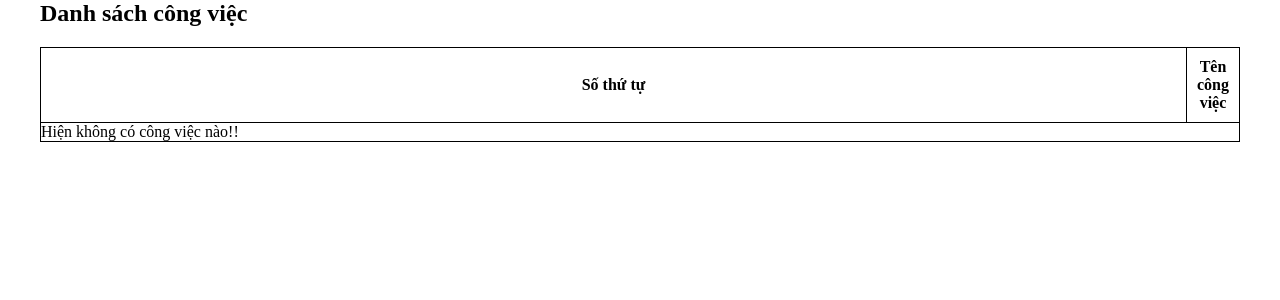
Repository: OkazakiTruong/searchReact
Page: /
These files come from the project's save history. The page is drawn as it stood at one moment and after the next save; the edit follows.
The browser window is 1280 px wide. The pictures show the whole page.
The page's requests for data from a server got no answer. The project was rebuilt for these pictures with package versions that can differ from the ones it lists, and the page was loaded fresh each time. No one was signed in, and anything a server would have sent is missing. Also part of the build but not shown: vite.config.js.

Above is the page before, as saved 2024-01-11 13:51:00.

### src/App.jsx
import React from "react";
import { SearchAppContainer } from "./SearchApp/SearchAppContainer";

export const App = () => {
  return (
    <div className="app">
      <SearchAppContainer />
    </div>
  );
};

### src/index.css
* {
  padding: 0;
  margin: 0;
  box-sizing: border-box;
}
.app {
  max-width: 1250px;
  padding: 0 25px;
  margin: 0 auto;
}

### src/SearchApp/SearchAppContainer.jsx
import React, { useCallback, useEffect, useState } from "react";
import { ListTodo } from "./Todo/ListTodo";

export const SearchAppContainer = () => {
  const [todos, setTodos] = useState(null);
  useEffect(() => {
    //fetch api
    fetch("https://jsonplaceholder.typicode.com/todos", {
      method: "GET",
      headers: {
        "Content-type": "application/json",
      },
    })
      .then((response) => response.json())
      .then((data) => {
        setTodos(data);
      });
  }, []);
  return (
    <div>
      <ListTodo todos={todos} />
    </div>
  );
};

### src/SearchApp/Todo/ListTodo.jsx
import React from "react";
import "./listTodo.css";

export const ListTodo = ({ todos }) => {
  return (
    <>
      <h2>Danh sách công việc</h2>
      <table>
        <tbody>
          <tr>
            <th className="numerical-order">Số thứ tự</th>
            <th className="todo-name">Tên công việc</th>
          </tr>
          {!todos
            ? "Hiện không có công việc nào!!"
            : todos.map((todo, index) => (
                <tr>
                  <td>{++index}</td>
                  <td>{todo.title}</td>
                </tr>
              ))}
        </tbody>
      </table>
    </>
  );
};

### src/SearchApp/Todo/listTodo.css
table,
th,
td {
  border: 1px solid;
  border-collapse: collapse;
  width: 100%;
}
th,
td {
  padding: 10px;
}

th.todo-name {
  width: 90%;
}
th.numeric-order {
  width: 10%;
}

h2 {
  margin-bottom: 20px;
}

Loaded but not shown: index.html (common file); src/main.jsx (common file)

After the next save:
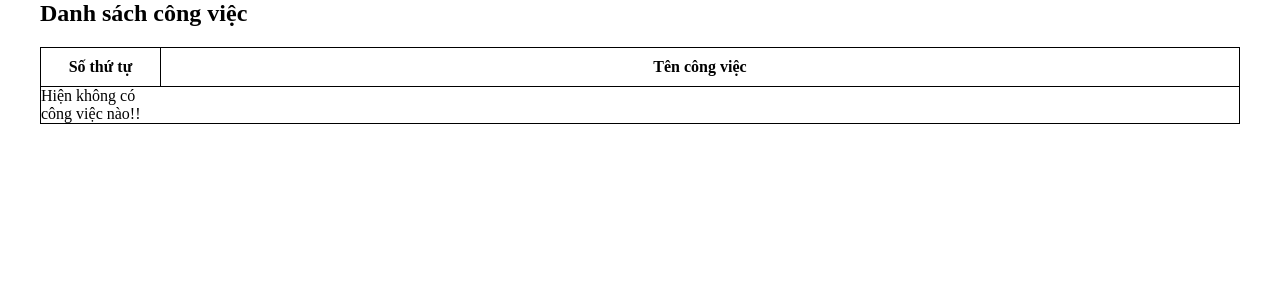
Saved 28 s later.
--- a/src/SearchApp/Todo/listTodo.css
+++ b/src/SearchApp/Todo/listTodo.css
@@ -3,7 +3,6 @@ th,
 td {
   border: 1px solid;
   border-collapse: collapse;
-  width: 100%;
 }
 th,
 td {
